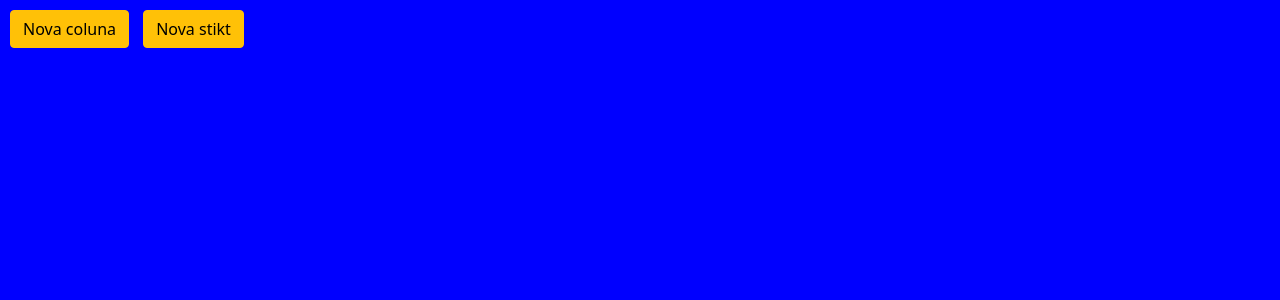
Repository: shadowruge/kanban
Page: index.html
These files come from the project's save history. The page is drawn as it stood at one moment and after a run of saves; the edit follows.
The browser window is 1280 px wide. The pictures show the whole page.

Above is the page before, as saved 2021-06-12 19:18:41.

After the next 5 saves:
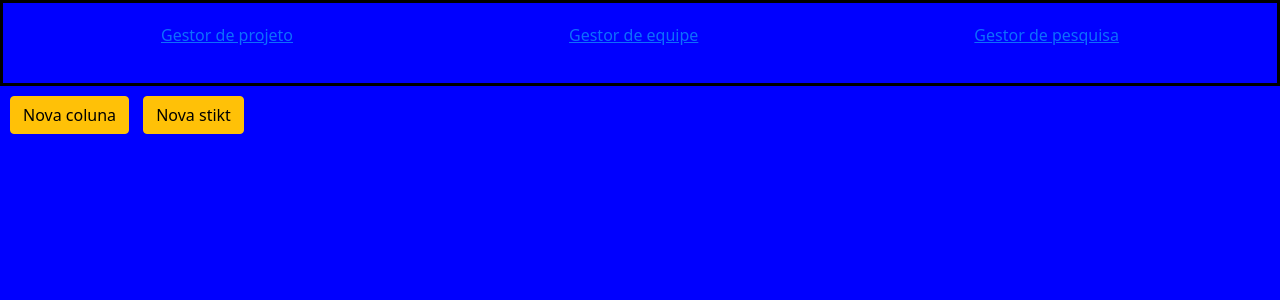
The 5 saves are shown as one change because they came seconds apart.
The last was saved 15 s later.
--- a/index.html
+++ b/index.html
@@ -14,8 +14,13 @@
     <title id="Description">Shadow Kanban</title>
   </head>
 
-
-
+  <header>
+    <nav class="nav">
+      <p><a href="#">Gestor de projeto</a></p>
+      <p><a href="#">Gestor de equipe</a></p>
+      <p><a href="#">Gestor de pesquisa</a></p>
+    </nav>
+  </header>
   <body>
 
     <!--botão-->
